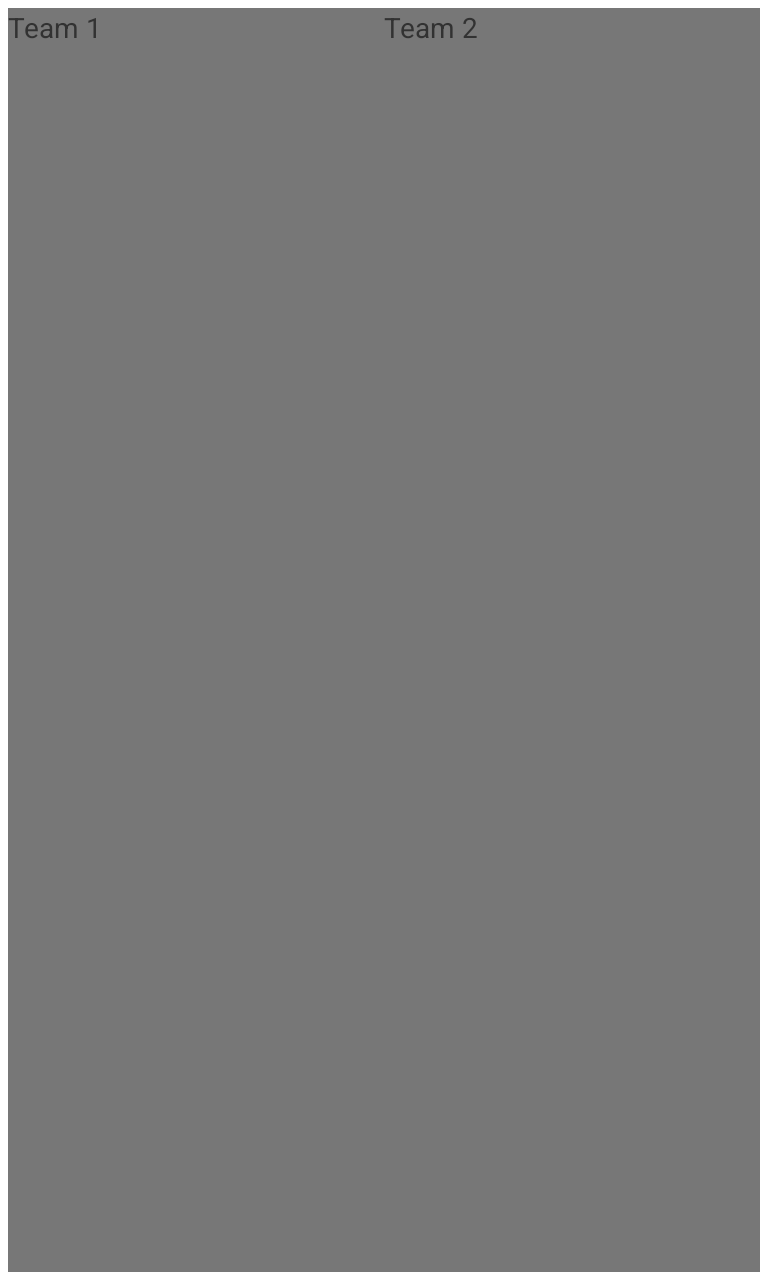
Repository: jemcphe/MDF3
Layout: Week3 Widget/TeamWidget/res/layout/widget_layout.xml
An editor plug-in stored every save of this project. The layout is shown before and after the next save, followed by the edit.
It is drawn on a 768 x 1280 px phone screen (xhdpi) without system bars, with theme AppTheme; the app's code is not run.

Above is the layout before, as saved 2013-07-26 02:13:32.

### Week3 Widget/TeamWidget/res/layout/widget_layout.xml
<?xml version="1.0" encoding="utf-8"?>
<FrameLayout xmlns:android="http://schemas.android.com/apk/res/android"
    android:layout_width="match_parent"
    android:layout_height="match_parent"
    android:padding="4dp"
    android:orientation="vertical" >

	<LinearLayout
	    android:layout_width="match_parent"
	    android:layout_height="match_parent"
	    android:orientation="horizontal"
	    android:background="#777777">

	    <TextView
	        android:id="@+id/team1"
	        android:layout_width="40dp"
	        android:layout_height="wrap_content"
	        android:layout_weight="1"
	        android:text="Team 1" />

	    <TextView
	        android:id="@+id/team2"
	        android:layout_width="40dp"
	        android:layout_height="wrap_content"
	        android:layout_weight="1"
	        android:text="Team 2" />

	</LinearLayout>

</FrameLayout>

Loaded but not shown: Week3 Widget/TeamWidget/res/values/styles.xml (common file); Week3 Widget/TeamWidget/res/values-v11/styles.xml (common file); Week3 Widget/TeamWidget/res/values-v14/styles.xml (common file)

After the next save:
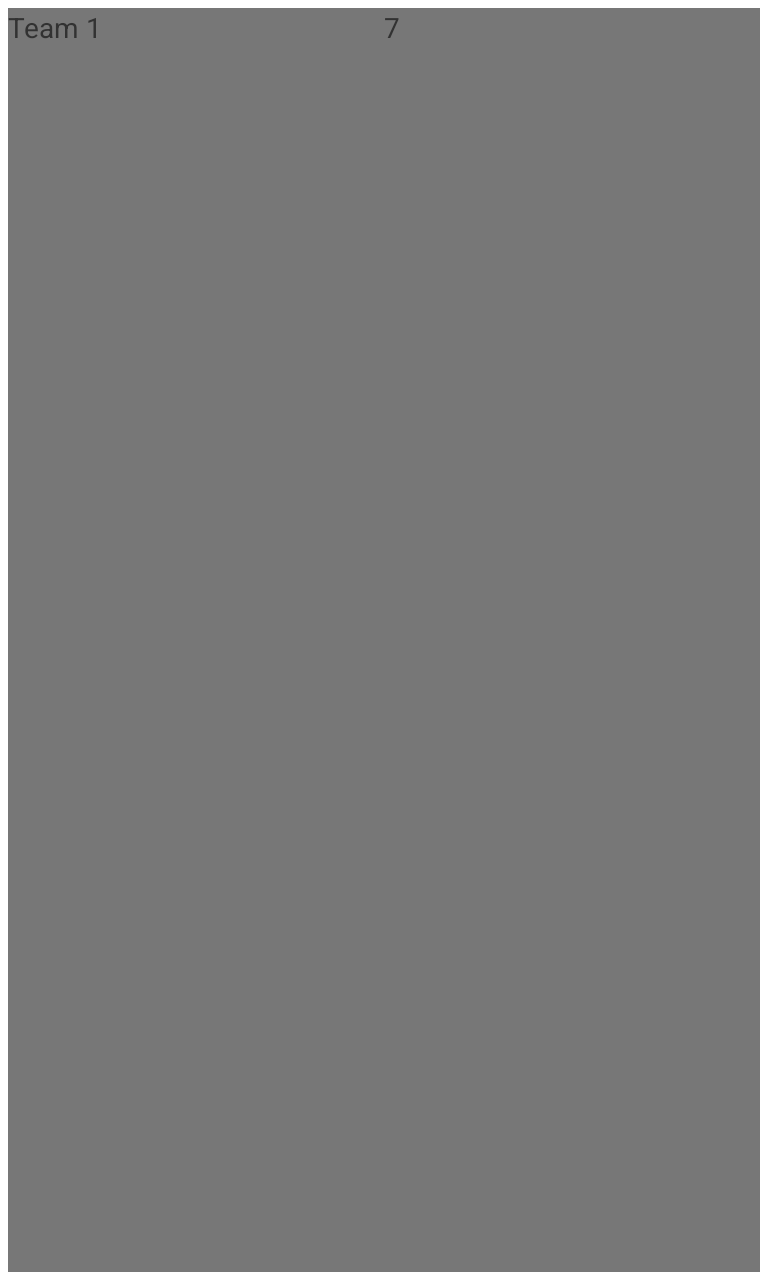
Saved 3 min 7 s later.
--- a/Week3 Widget/TeamWidget/res/layout/widget_layout.xml
+++ b/Week3 Widget/TeamWidget/res/layout/widget_layout.xml
@@ -19,11 +19,11 @@
 	        android:text="Team 1" />
 
 	    <TextView
-	        android:id="@+id/team2"
+	        android:id="@+id/runs1"
 	        android:layout_width="40dp"
 	        android:layout_height="wrap_content"
 	        android:layout_weight="1"
-	        android:text="Team 2" />
+	        android:text="7" />
 
 	</LinearLayout>
 
